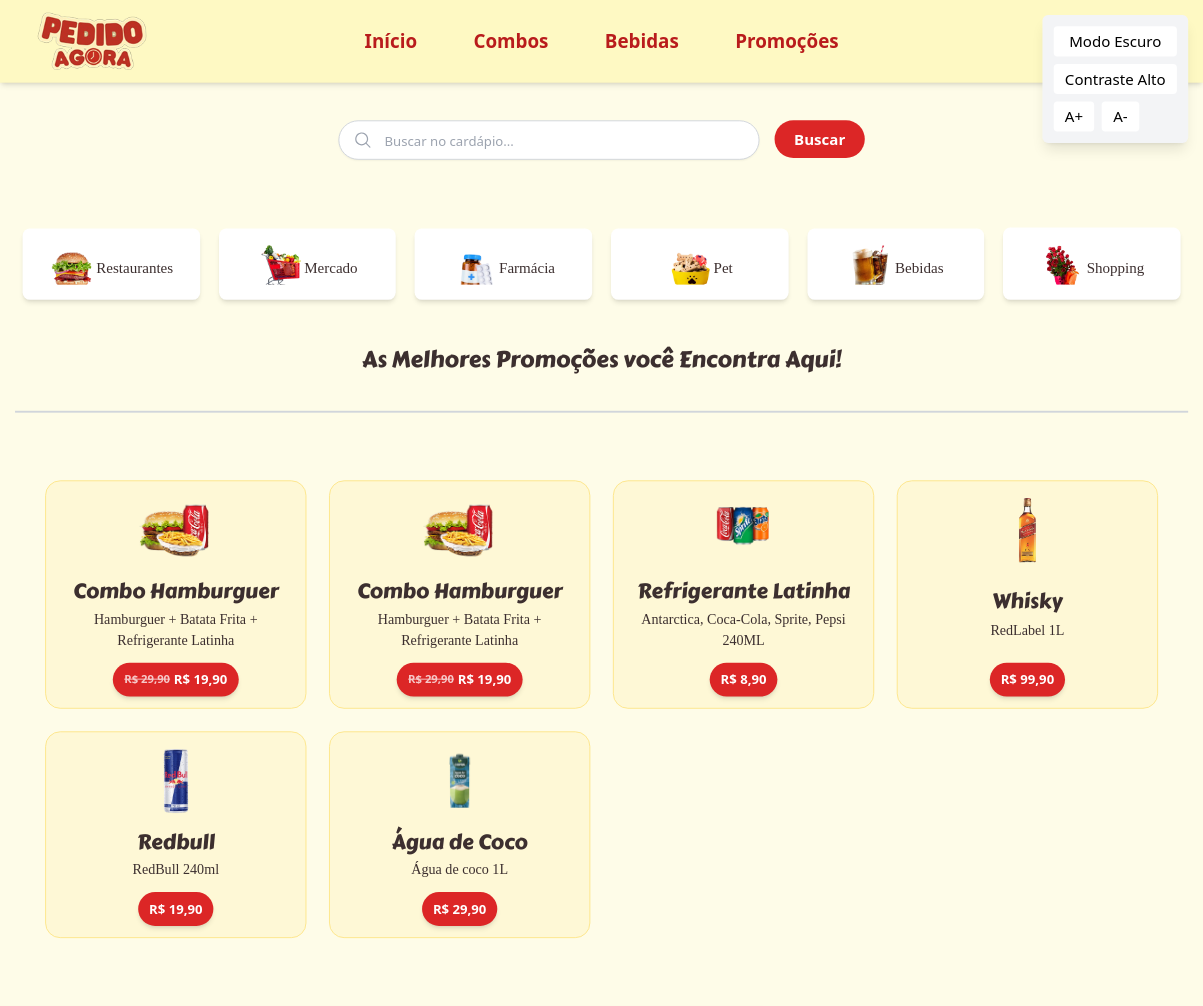
Repository: edufilhocruz/pedidoagora
Page: /pagePromocoes
These files come from the project's save history. The page is drawn as it stood at one moment and after a run of saves; the edit follows.
The browser window is 1280 px wide. The pictures show the whole page, at 94% of full size.
Some web fonts or font styles are not loaded; a fallback is used. The project was rebuilt for these pictures with package versions that can differ from the ones it lists, and the page was loaded fresh each time. The framework's server and built-in components were replaced by stand-ins that run in the browser. Also part of the build but not shown: next.config.mjs, src/components/CardsRestaurantes.jsx.

Above is the page before, as saved 2025-06-21 20:53:20.

After the next 2 saves:
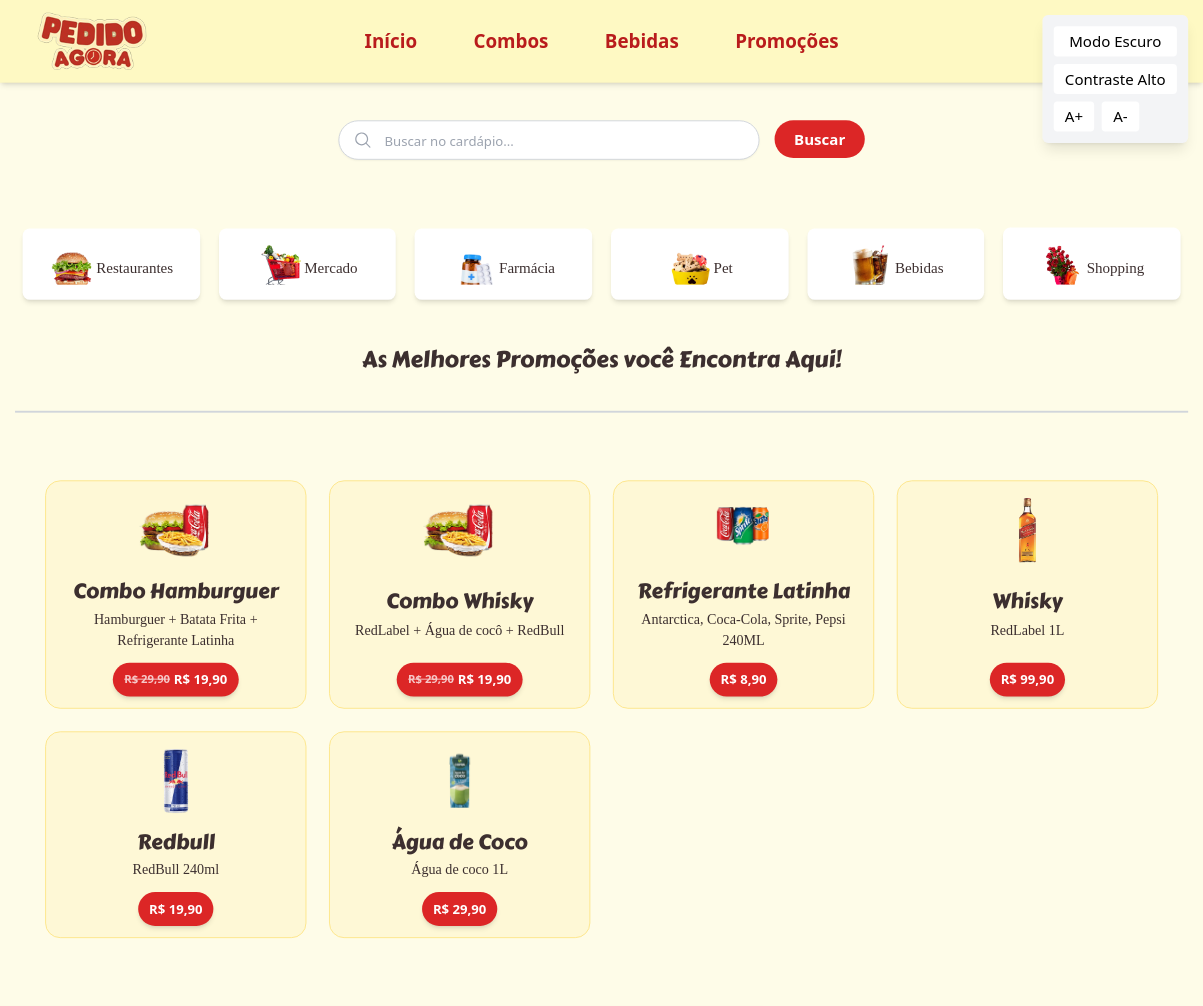
The 2 saves are shown as one change because they came seconds apart.
The last was saved 25 s later.
--- a/src/components/PagePromocoes/CardsPromocoes.jsx
+++ b/src/components/PagePromocoes/CardsPromocoes.jsx
@@ -13,9 +13,9 @@
         image: "/images/combo-hamburger.png"
     },
     {
-        id: "customize-cheeseburger",
-        name: "Combo Hamburguer",
-        description: "Hamburguer + Batata Frita + Refrigerante Latinha",
+        id:'combo_de_Bebidas',
+        name: 'Combo Whisky',
+        description: 'RedLabel + Água de cocô + RedBull',
         originalPrice: "R$ 29,90",
         discountPrice: "R$ 19,90",
         image: "/images/combo-hamburger.png"
